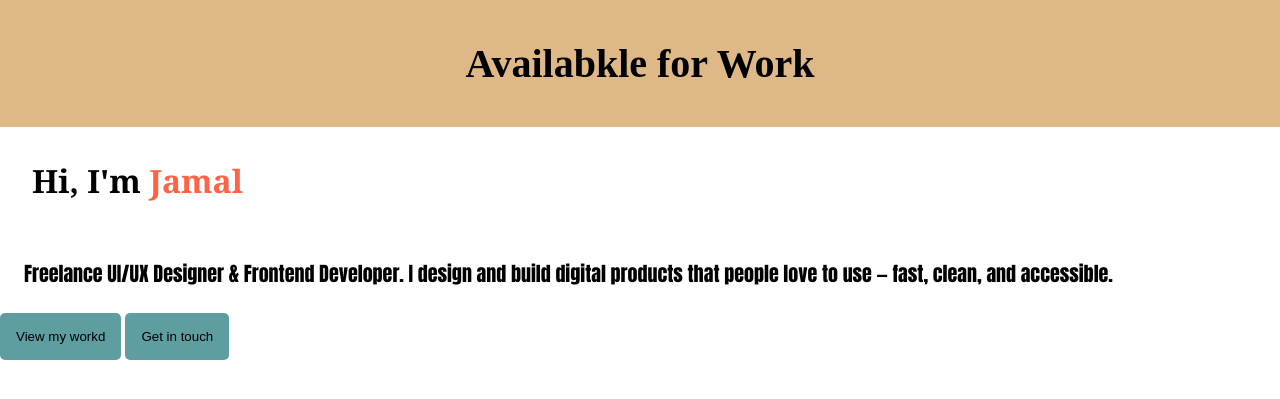
Repository: jamalissef-glitch/exercise1-JS
Page: Exercise33/index.html
An editor plug-in stored every save of this project. The page is shown before and after the next save, followed by the edit.
The browser window is 1280 px wide. The pictures show the whole page.

Above is the page before, as saved 2026-07-14 17:44:31.

### Exercise33/index.html
<!DOCTYPE html>
<html lang="en">

<head>
 <meta charset="UTF-8">
 <meta name="viewport" content="width=device-width, initial-scale=1.0">
 <title>DOM</title>
</head>

<style>
 * {
  padding: 0;
  margin: 0;
  box-sizing: border-box;
 }

 h3 {
  background-color: burlywood;
  padding: 2.5rem;
  text-align: center;
  font-size: 2.5rem;
  font-weight: bold;
 }

 #head {
  padding: 2rem;
  font-family: Georgia, 'Times New Roman', Times, serif;
  font-size: 2rem;
 }

 #head em {
  color: tomato;
  font-style: normal;
  font-weight: bold;
 }

 .desc {
  padding: 1.5rem;
  align-items: center;
  font-size: 20px;
  font-family: Impact, Haettenschweiler, 'Arial Narrow Bold', sans-serif;
 }

 button {

  padding: 1rem;
  background-color: cadetblue;
  border: none;
  border-radius: 5px;
  gap: 2rem;
 }
</style>

<body>

 <h3>Availabkle for Work</h3>
 <h1 id="head">Hi, I'm <em>Jamal</em></h1>
 <p class="desc">Freelance UI/UX Designer & Frontend Developer. I design and build digital products that people love to
  use — fast,
  clean, and accessible.</p>

 <button>View my workd</button>
 <button>Get in touch</button>


</body>

</html>

After the next save:
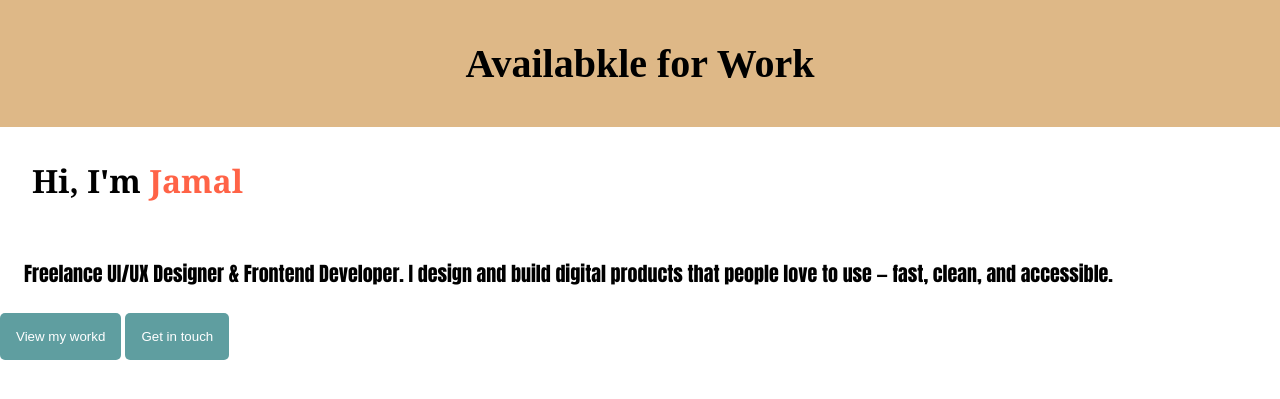
Saved 25 s later.
--- a/Exercise33/index.html
+++ b/Exercise33/index.html
@@ -47,7 +47,7 @@
   background-color: cadetblue;
   border: none;
   border-radius: 5px;
-  gap: 2rem;
+  color: #fff;
  }
 </style>
 
